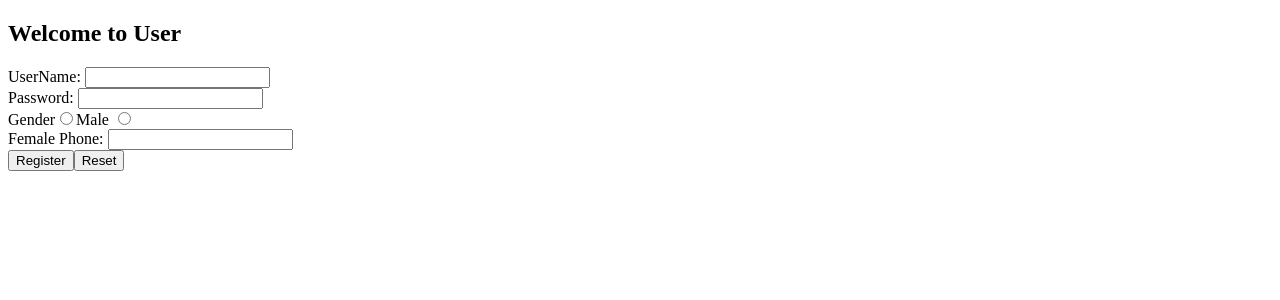
Repository: nikant20/Training
Page: javaee-mvc-orm-demo/WebContent/index.html
The author's editor kept a copy of each file at every save. The page is drawn from the files as they stood at one save, then again after the next save.
The browser window is 1280 px wide. The pictures show the whole page.

Above is the page before, as saved 2018-09-21 05:47:52.

After the next save:
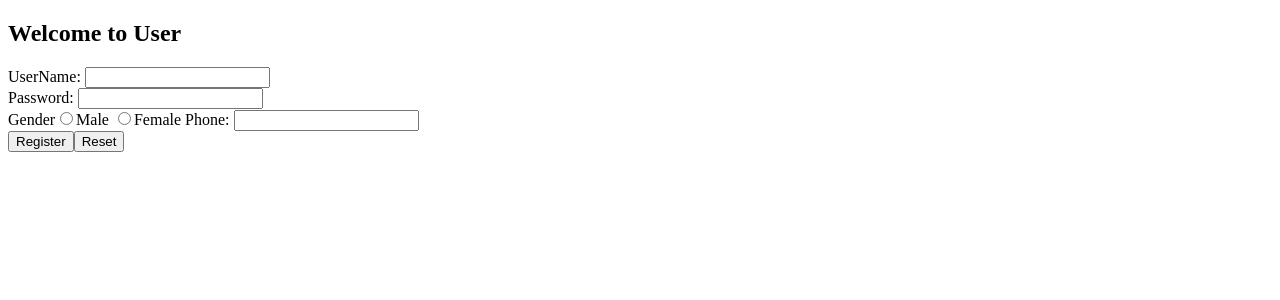
Saved 39 s later.
--- a/javaee-mvc-orm-demo/WebContent/index.html
+++ b/javaee-mvc-orm-demo/WebContent/index.html
@@ -11,7 +11,7 @@
 	<label>UserName: </label><input type="text" name="userName"><br>
 	<label>Password: </label><input type="password" name="password"><br>
 	<label>Gender</label><input type="radio" value="Male" name="gender">Male
-	<input type="radio" value="Female" name="gender"><br>Female
+	<input type="radio" value="Female" name="gender">Female
 	<label>Phone: </label> <input type="text" name="phoneNumber"><br>
 	<input type="submit" value="Register"><input type="reset" value="Reset">
 	</form>
